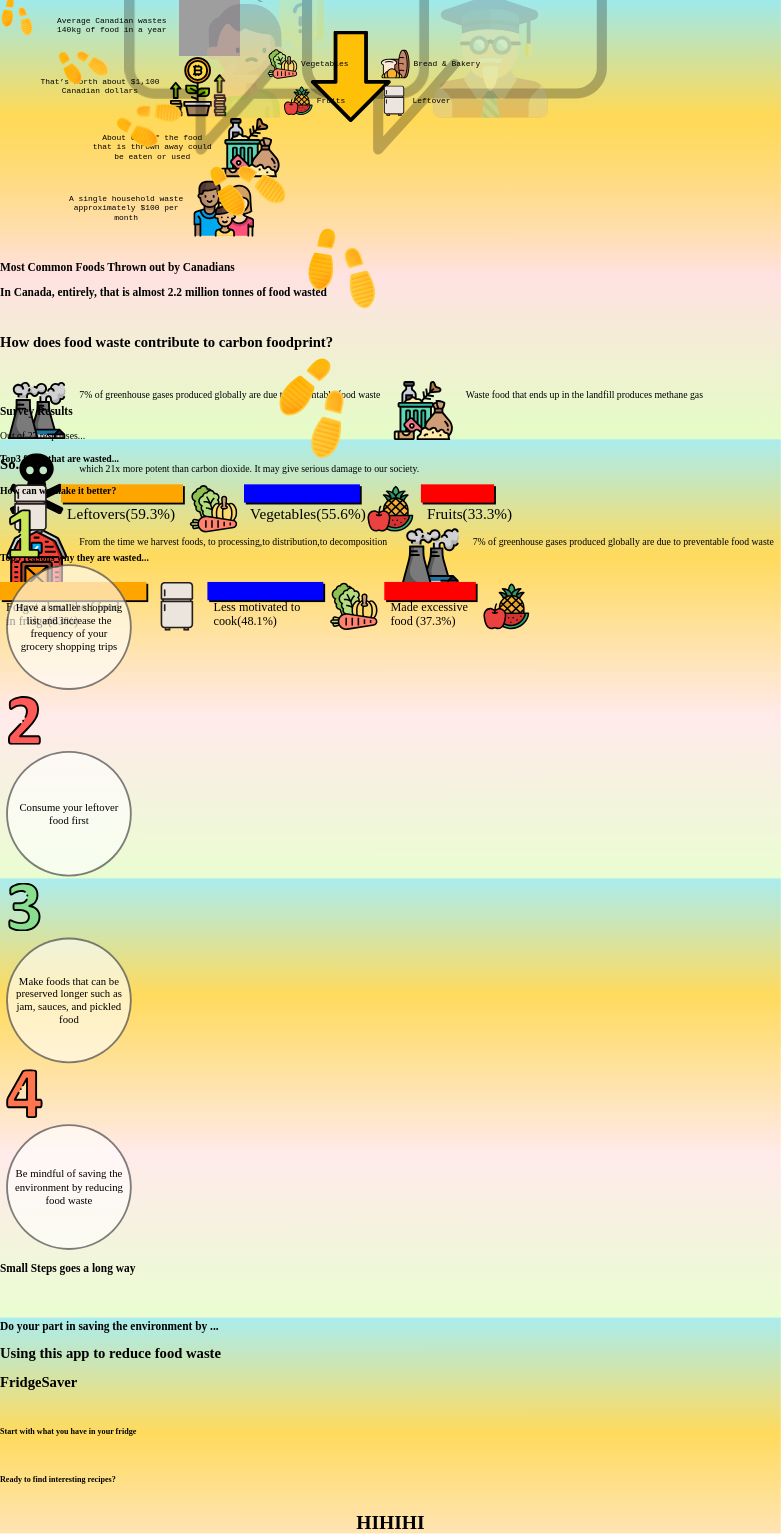
Repository: iorid3/Midterm
Page: index.html
The author's editor kept a copy of each file at every save. The page is drawn from the files as they stood at one save, then again after the next save.
The browser window is 1280 px wide. The pictures show the whole page, at 61% of full size.
Pictures or frames that could not be fetched are drawn as grey boxes.

Above is the page before, as saved 2021-03-09 11:35:33.

### index.html
<!DOCTYPE html>
<html>
    <head>
       <title>Mid term</title>
        <link href= "./index.css"  rel ="stylesheet" type = "text/css" >
    </head>
<body>
   <div id = "main">

        <div class = "section1">
            <div><h1> How Food Waste Impacts Our World</h1></div>
            <div><img src ="./Images/earth crying.svg"/></div>
            <div class = "comp1"></div>
            <div class = "comp2"></div>
            <div class = "comp5"></div>
        </div>

        <div class = "section2">
            <div><h2>DId you know that...</h2></div>
            <div class ="comp3_1"></div>
            <div class ="comp3_2"></div>
            <div class ="comp3_3"></div>
            <div class ="comp3_4"></div>
            <div class = "comp1"></div>

            <div class = "flag"><img src = ""></div>
            <div><h3>Most Common Foods Thrown out by Canadians</h3></div>
               <div class = "container1">
                    <div class ="comp4_1"></div>
                    <div class ="comp4_2"></div>
                    <div class ="comp4_3"></div>
                    <div class ="comp4_4"></div>
                </div>

            <div class = "comp5"></div>
            <div><h3>In Canada, entirely, that is almost 2.2 million tonnes of food wasted</h3></div>
            <div><img src = ""></div>
        </div>

        <div class = "section3">
            <div><h2>How does food waste contribute to carbon foodprint?</h2></div>
            <div><img src = ""></div>

            <div class = "comp6"></div>
            <div class = "comp6"></div>
            <div class = "comp6"></div>
            <div class = "comp6"></div>

                <div class = "container2">
                    <div><img src = ""></div>
                    <div><img src = ""></div>
                    <div><img src = ""></div>
                </div>

            <div class = "comp6"></div>


        </div>


        <div class = "section4">
            <div class = "container3">
               <div><img src = ""></div>
               <div><h3>Survey Results</h3></div>
               <div>Out of 27 responses...</div>
            </div>


            <div class ="comp2"></div>
            <div><h4>Top3 foods that are wasted...</h4></div>
            <div class = "container4">
                <div class = "comp7"></div>
                <div class = "comp7"></div>
                <div class = "comp7"></div>
            </div>

            <div><h4>Top3 reasons why they are wasted...</h4></div>
            <div class = "container5">
                <div class = "comp8"></div>
                <div class = "comp8"></div>
                <div class = "comp8"></div>
            </div>




        </div>

        <div class = "section5">

            <div><h2>So...</h2></div>

            <div><h4>How can we make it better?</h4></div>
            <div class = "container6">
                <div class ="comp9"></div>
                <div class ="comp9"></div>
                <div class ="comp9"></div>
                <div class ="comp9"></div>
            </div>

            <div><h3>Small Steps goes a long way</h3></div>
            <div class = "comp10"></div>
            <div class = "comp10"></div>
            <div class = "comp10"></div>
            <div class = "comp10"></div>
            <div class = "comp10"></div>
            <div class = "comp10"></div>

            <div><img src = ""></div>
            <div><img src = ""></div>

            <div class = "comp5"></div>
            <div><h3>Do your part in saving the environment by ...</h3></div>
            <div><h2>Using this app to reduce food waste</h2></div>
            <div><h2>FridgeSaver</h2></div>
            <div><img src =""></div>
            <div class = "comp5"></div>
            <div><h5>Start with what you have in your fridge</h5></div>

            <div><img src =""></div>
            <div><h5>Ready to find interesting recipes?</h5></div>



        </div>

    <h1>HIHIHI</h1>



       <!-- <div class = "col left">
           <div class = "row top">
               <div class = "shake"></div>
           </div>
           <div class = "row mid">
               <div class = "rank1"></div>
               <div class = "rank2"></div>
           </div> -->
    </div>

<script src = ./Comps/comp1/index.js></script>
<script src = ./Comps/comp2/index.js></script>
<script src = ./Comps/comp3/index.js></script>
<script src = ./Comps/comp4/index.js></script>
<script src = ./Comps/comp5/index.js></script>
<script src = ./Comps/comp6/index.js></script>
<script src = ./Comps/comp7/index.js></script>
<script src = ./Comps/comp8/index.js></script>
<script src = ./Comps/comp9/index.js></script>
<script src = ./Comps/comp10/index.js></script>

<script src = ./index.js></script>
</body>
</html>

### index.css
html,body{
    margin:0;
    background: linear-gradient(180deg, rgba(156, 233, 235, 0.86) 0%, rgba(255, 217, 86, 0.96) 26.56%, rgba(255, 220, 220, 0.6) 63.02%, rgba(227, 252, 195, 0.76) 100%);
    mix-blend-mode: normal;
}
#main{
    width:100vw;
    height:100vh;
    display:flex;
    flex-direction: column;
    align-items: center;
    justify-content: center;
}

.section1{
  width:100%;
}


.section2{
    width:100%;

}

.section3{
    display:flex;
    flex-direction: column;
    width:100%;
    height:100px;
}

.section4{

    display:flex;
    flex-direction: column;
    width:100%;
    height:100px;
}


.section5{
    width:100%

}

### Comps/comp1/index.js
function Comp1UI(url="Images/confusion.png", size ="10px", font= "Poppins", text="text"){
    return `<div style='
            width: 100vw;
            height: 30vh;
            display: inline-flex;
            justify-content: center;
            align-items: center;
            transition: opacity 1s;
            opacity: 0.25;
            position:absolute;
        '
        onclick='Comp1UI.HandleClick(this)'
        >

        <img style='
            display: inline-flex;
            width: 200px;
            position: relative;
            left: 140px;
            top: 60px;
        'src="${url}" />

        <div>
            <img style='
                display: inline-flex;
                position: relative;
                width: 500px;
                left: 100px;
                bottom: 10px;
            'src="Images/chat.svg" />

            <div style='
                display: inline-flex;
                position: relative;
                bottom: 280px;
                right: 265px;
                font-size: ${size};
                font-weight: bold;
                font-family: ${font};
            '> ${text}</div>
        </div>
    </div>`
}

Comp1UI.HandleClick = (el) => {
    el.style.opacity = 1;
}

### Comps/comp2/index.js
function Comp2UI(url="Images/confusion.png", size ="10px", font= "Poppins", text="text"){
    return `<div style='
        width: 100vw;
        height: 30vh;
        display: inline-flex;
        justify-content: center;
        align-items: center;
        transition: opacity 1s;
        opacity: 0.25;
        position:absolute;
    '
    onclick='Comp1UI.HandleClick(this)'
    >

        <img style='
            display: inline-flex;
            width: 200px;
            position: relative;
            left: 500px;
            top:60px;
        ' src="${url}"/>

        <div>
            <img style='
                display: inline-flex;
                position: relative;
                width: 500px;
                right: 200px;
                bottom: 10px;
                transform: rotateY(180deg)
            ' src="Images/chat2.svg" />

            <div style='
                display: inline-flex;
                position: relative;
                bottom: 280px;
                right: 560px;
                font-size: ${size};
                font-weight: bold;
                font-family: ${font};
            ' >${text}</div>
        </div>
    </div>`
}

Comp2UI.HandleClick = (el) => {
    el.style.opacity = 1;
}

### Comps/comp3/index.js
function Comp3UI(Text='Average Canadian wastes 140kg of food in a year', url='https://placekitten.com/400/400') {
    return `
        <div style='
            display: inline-flex;
            align-items: center;
            justify-content: center;

            transition-property: transform;
            transition-duration: 1s;
            transition-timing-function: ease-in-out;
            transition-delay: 1s;

        '>
            <div style='
                flex-basis: 200px;
                text-align: center;
                padding-right: 10px;
                font-family: monospace;


            '
            >${Text}</div>

            <div style='
                width: 100px;
                height: 100px;
            '
            // onclick='Comp3UI.HandleClick(this)'
            >
                <img  style='
                    width: 100%;
                    height: 100%;
                    object-fit: cover;
                '
                src='${url}' />
        </div>
    `
}

// Comp3UI.HandleClick = (el) => {
//     el.style.top = "110%";
// }


// export const Comp3 = Comp3UI();

### Comps/comp4/index.js
function Comp4UI(url='https://placekitten.com/300/300',text='Bread & Bakery',x='0',y='0') {
    return `
        <div style='
            display: flex;
            flex-direction: row;
            align-item: center;
            justify-content: center;
            width: 250px;
            height: 50px;
            margin: 10px;
            position: absolute;
            top: ${x}px;
            left: ${y}px;

            animation-name: bouncing;
            animation-duration: 1.5s;
            animation-direction: alternate;
            animation-iteration-count: infinite;
            animation-delay: 2s;



        '
        >
            <div style='
                width: 50px;
                height: 50px;
            '>
                <img style='
                    width: 100%;
                    height: 100%;
                    object-fit: cover;
                '
                src='${url}' />
            </div>
            <div style='
            font-family: monospace;
            text-align: center;
            padding-top: 18px;
            padding-left: 5px;
            '
            >${text}</div>
        </div>
    `
}




// export const Comp4 = Comp4UI();

### Comps/comp5/index.js
function Comp5UI(x='0', y='0', url='https://placekitten.com/300/300') {
    return `
        <div style='
            width: 150px;
            height: 150px;
            position: absolute;
            top: ${x}px;
            left: ${y}px;

        '
        >
            <img style='
                width: 100%;
                height: 100%;
                object-fit: cover;

                animation-name: bounce;
                animation-duration: 1s;
                animation-direction: alternate;
                animation-iteration-count: infinite;

            '
            src='${url}' />


        </div>

    `
}

// export const Comp5 = Comp5UI();

### Comps/comp6/index.js
function Carboncomp(text =" 7% of greenhouse gases produced globally are due to preventable food waste", url= "images/factory.svg"){
    return `<div style = "
                          display:inline-flex;
                          ">
                         <div style = "display:flex;
                         padding:10px;">
                         <img style ="
                          width:100px;
                          height:100px;
                         " src  = "${url}"></div>
                         <div style ="
                         display:flex;
                         padding:10px;"><p>${text}</p></div>

            </div>`

}

### Comps/comp7/index.js
function Graphcomp(url ="images/vegetable.svg",text ="Leftovers(59.3%)",color ="pink",width ="200px" ){
    return `<div style = "
                          display:inline-flex;
                          align-items:flex-start;
                          justify-content:flex-start;
                          ">
                            <div style = "display:flex;
                            padding:10px;
                            width:80px;
                            height:80px;
                            ">
                            <img src  = "${url}"></div>
                            <div class = "graph"
                            style ="
                            width:${width};
                            height:30px;
                            margin-top:10px;
                            background-color:${color};
                            box-shadow: 3px 3px ;
                            transition:background-color,1s,box-shadow, 1s;"
                            onmouseover = "Graphcomp.HandleMouseover(this)">
                            <div style ="
                            display:flex;
                            padding:10px;
                            font-size:25px;"><p>${text}</p></div>
                            </div>



            </div>`


}

Graphcomp.HandleMouseover = (el)=>{
   el.style.boxShadow = "8px 8px";
//    el.style.width = "400px";
 }

### Comps/comp8/index.js
function Graphcomp2(url ="images/vegetable.svg",text ="Leftovers(59.3%)",color ="pink",width ="200px" ){
    return `<div style = "
                          display:inline-flex;
                          flex-direction:row;
                          justify-content:center;
                          ">
                            <div class = "graph"
                            style ="
                            display:flex;
                            width:${width};
                            height:30px;
                            margin-top:10px;
                            background-color:${color};
                            box-shadow: 3px 3px ;
                            transition:background-color,1s,box-shadow, 1s;"
                            onmouseover = "Graphcomp2.HandleMouseover(this)">
                            <div style ="
                            display:flex;
                            width:200px;
                            padding:10px;
                            font-size:20px;"><p>${text}</p></div>
                            </div>
                            <div style = "display:flex;
                            padding:10px;
                            width:80px;
                            height:80px;
                            ">
                            <img src  = "${url}"></div>




            </div>`


}

Graphcomp2.HandleMouseover = (el)=>{
//    el.style.backgroundColor  = "blue";
   el.style.boxShadow = "8px 8px";
//    el.style.width = "400px";
 }

### Comps/comp9/index.js
function Comp9UI(url="Images/1.svg", text="4 Ways to Make it Better") {
    return `
        <img style='
            width: 80px;
            height: 80px;
            transition: width 0.2s;
            transition-timing-function: ease-in-out;
            display: flex;
        justify-content: center;
        align-items: center;
        flex-wrap: wrap;
        '

        onmouseover='Comp9UI.HandleImageHover(this)'
        onmouseout='Comp9UI.HandleImageHoverOut(this)'

        src="${url}"/>

        <div style='
            width: 180px;
            height: 180px;
            margin: 10px;
            padding: 10px;
            background-color: rgba(255, 255, 255, 0.6);
            border: 3px solid rgba(0, 0, 0, 0.5);
            border-radius: 50%;
            display: flex;
            justify-content: center;
            align-items: center;
            font-size: 1.1em;
            line-height: 1.2em;
            text-align: center;
            transition: width 0.2s;
            transition-timing-function: ease-in-out;
        '
            onmouseover='Comp9UI.HandleHover(this)'
            onmouseout='Comp9UI.HandleHoverOut(this)'

        >${text}</div>

    `
}

Comp9UI.HandleImageHover = (el) => {
    el.style.width = "120px";
    el.style.height = "120px";
}

Comp9UI.HandleImageHoverOut = (el) => {
    el.style.width = "80px";
    el.style.height = "80px";
}

Comp9UI.HandleHover = (el) => {
    el.style.color = "#2E8B57";
    // el.style.width = "210px";
    // el.style.height = "210px";
    // el.style.fontSize = "1.4em";
}

Comp9UI.HandleHoverOut = (el) => {
    el.style.color = "#000000";
    // el.style.width = "180px";
    // el.style.height = "180px";
    // el.style.fontSize = "1.1em";
}
// export const comp9 = Comp9UI();

### Comps/comp10/index.js
function Comp10UI(w="55px", tdeg="120deg", top="0px", left="0px", anidelay="1s") {
    return `
    <img style='
        width: ${w};
        transform: rotate(${tdeg});
        position: absolute;
        top: ${top};
        left: ${left};

        animation-name: footsteps;
        animation-duration: 4s;
        animation-delay: ${anidelay};
        animation-iteration-count: infinite;

    'src="Images/footstep.png"/>

    `
}

// export const comp10 = Comp10UI();

### index.js
document.querySelector(".comp1").innerHTML += Comp1UI("./images/question.svg","25px", "Poppins", "What's the issue?");
document.querySelector(".comp2").innerHTML += Comp2UI("./images/professor.svg", "25px", "Poppins", "Good Question!");

//add claudia's componenets

document.querySelector(".comp3_1").innerHTML += Comp3UI('Average Canadian wastes 140kg of food in a year', 'Images/crowd.svg')
document.querySelector(".comp3_2").innerHTML += Comp3UI('That’s worth about $1,100 Canadian dollars', 'Images/plant.svg')
document.querySelector(".comp3_3").innerHTML += Comp3UI('About 63% of the food that is thrown away could be eaten or used', 'Images/garbage.svg')
document.querySelector(".comp3_4").innerHTML += Comp3UI('A single household waste approximately $100 per month', 'Images/family.svg')

document.querySelector(".comp4_1").innerHTML += Comp4UI('Images/vegetable.svg', 'Vegetables',70,370)
document.querySelector(".comp4_2").innerHTML += Comp4UI('Images/bread.svg', 'Bread & Bakery',70,570)
document.querySelector(".comp4_3").innerHTML += Comp4UI('Images/fruits.svg', 'Fruits',130,380)
document.querySelector(".comp4_4").innerHTML += Comp4UI('Images/fridge.svg', 'Leftover',130,545)

document.querySelector(".comp5").innerHTML += Comp5UI(50,500,'Images/down-arrow.svg')


document.querySelector(".comp9").innerHTML += Comp9UI("Images/1.svg", "Have a smaller shopping list and increase the frequency of your grocery shopping trips");
document.querySelector(".comp9").innerHTML += Comp9UI("Images/2.svg", "Consume your leftover food first");
document.querySelector(".comp9").innerHTML += Comp9UI("Images/3.svg", "Make foods that can be preserved longer such as jam, sauces, and pickled food");
document.querySelector(".comp9").innerHTML += Comp9UI("Images/4.svg", "Be mindful of saving the environment by reducing food waste");

document.querySelector(".comp10").innerHTML += Comp10UI("60px", "120deg", "0px", "0px", "1s");
document.querySelector(".comp10").innerHTML += Comp10UI("75px", "80deg", "70px", "100px", "1.5s");
document.querySelector(".comp10").innerHTML += Comp10UI("95px", "50deg", "150px", "200px", "2s");
document.querySelector(".comp10").innerHTML += Comp10UI("115px", "80deg", "250px", "350px", "2.5s");
document.querySelector(".comp10").innerHTML += Comp10UI("130px", "120deg", "380px", "500px", "3s");
document.querySelector(".comp10").innerHTML += Comp10UI("145px", "150deg", "600px", "450px", "3.5s");

document.querySelector(".comp6").innerHTML +=  Carboncomp();
document.querySelector(".comp6").innerHTML +=  Carboncomp(text = "Waste food that ends up in the landfill produces methane gas",url= "images/garbage.svg");
document.querySelector(".comp6").innerHTML +=  Carboncomp(text ="which 21x more potent than carbon dioxide. It may give serious damage to our society. ",url ="images/skull.svg" );
document.querySelector(".comp6").innerHTML +=  Carboncomp(text = "From the time we harvest foods, to processing,to distribution,to decomposition", url ="images/barn.svg");
document.querySelector(".comp6").innerHTML +=  Carboncomp();
document.querySelector(".comp7").innerHTML +=  Graphcomp("Images/fridge.svg",text ="Leftovers(59.3%)",color ="orange",width ="200px");
document.querySelector(".comp7").innerHTML +=  Graphcomp("Images/vegetable.svg",text ="Vegetables(55.6%)",color ="blue",width ="190px");
document.querySelector(".comp7").innerHTML +=  Graphcomp("Images/fruits.svg",text ="Fruits(33.3%)",color ="red",width ="120px");
document.querySelector(".comp8").innerHTML +=  Graphcomp2("Images/fridge.svg",text ="Forgot about theif food in fridge(63%)",color ="orange",width ="240px");
document.querySelector(".comp8").innerHTML +=  Graphcomp2("Images/vegetable.svg",text ="Less motivated to cook(48.1%)",color ="blue",width ="190px");
document.querySelector(".comp8").innerHTML +=  Graphcomp2("Images/fruits.svg",text ="Made excessive food (37.3%)",color ="red",width ="150px");

After the next save:
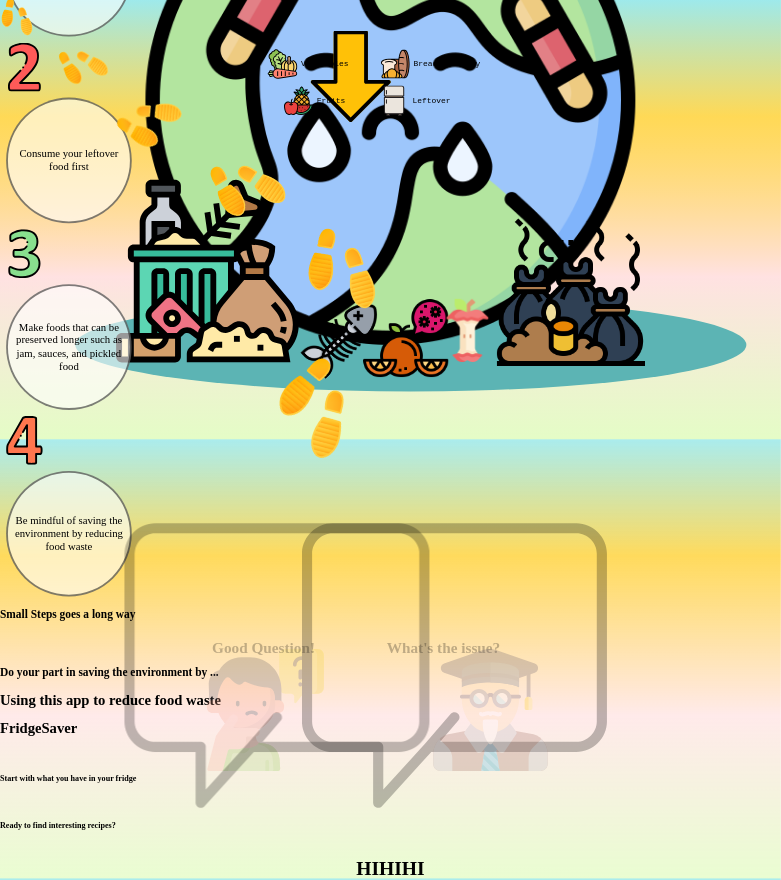
Saved 87 s later.
--- a/index.css
+++ b/index.css
@@ -13,12 +13,18 @@
 }
 
 .section1{
-  width:100%;
+    display:flex;
+    flex-direction: column;
+    width:100%;
+    height:100px;
 }
 
 
 .section2{
+    display:flex;
+    flex-direction: column;
     width:100%;
+    height:100px;
 
 }
 

After the save that followed:
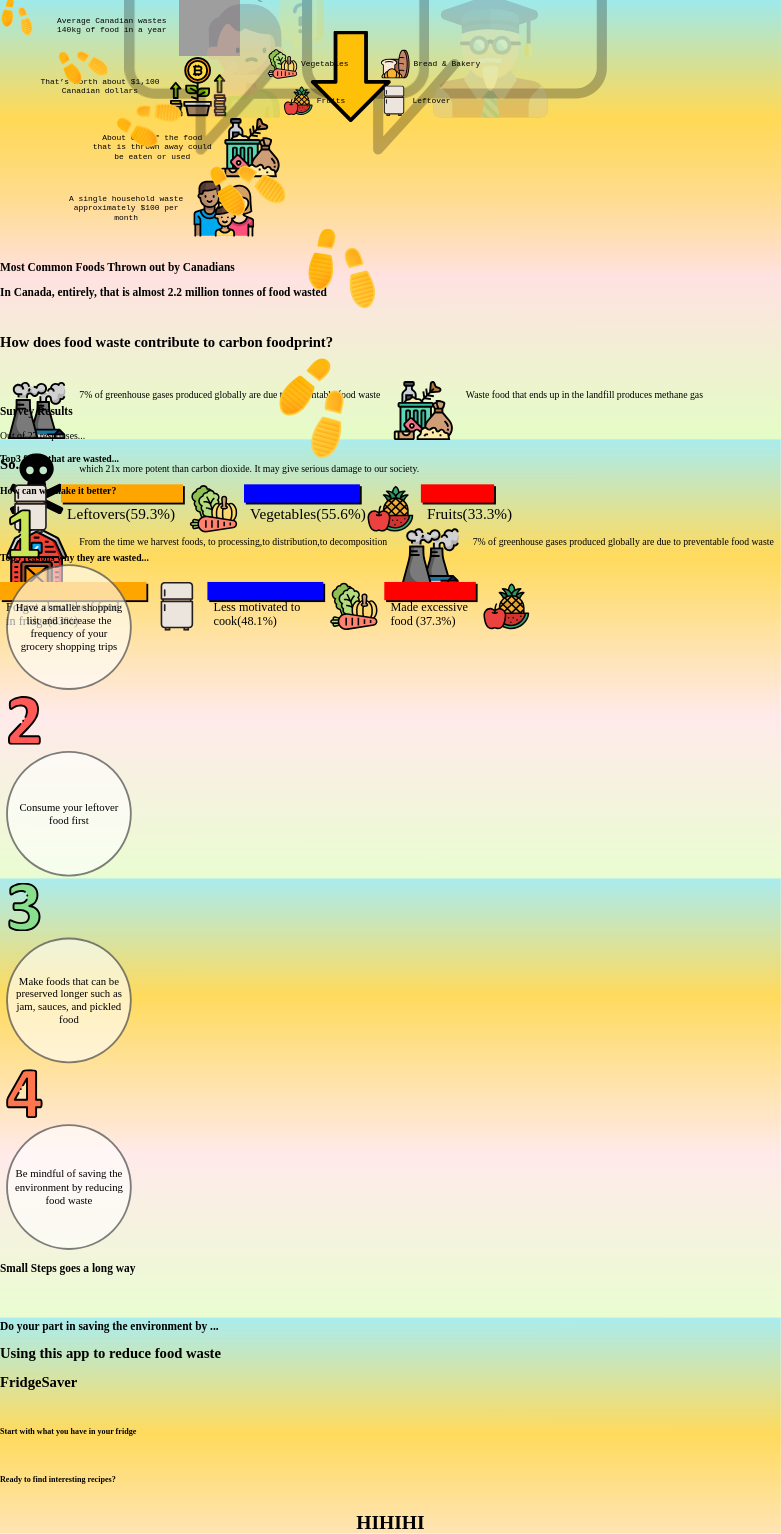
Saved 8 s later.
--- a/index.css
+++ b/index.css
@@ -13,18 +13,12 @@
 }
 
 .section1{
-    display:flex;
-    flex-direction: column;
-    width:100%;
-    height:100px;
+  width:100%;
 }
 
 
 .section2{
-    display:flex;
-    flex-direction: column;
     width:100%;
-    height:100px;
 
 }
 
